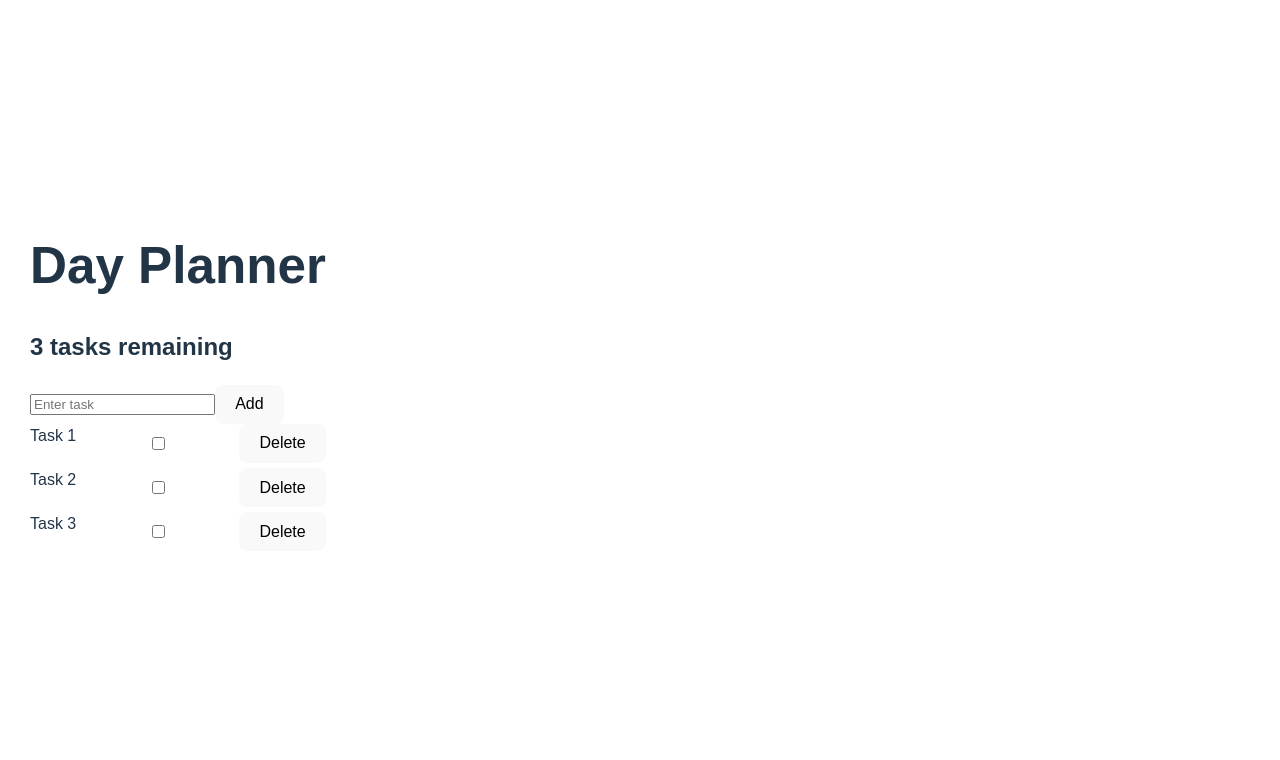
Repository: GavinPahal/lab5
Page: /
The author's editor kept a copy of each file at every save. The page is drawn from the files as they stood at one save, then again after the next save.
The browser window is 1280 px wide. The pictures show the whole page.
The project was rebuilt for these pictures with package versions that can differ from the ones it lists, and the page was loaded fresh each time. Also part of the build but not shown: vite.config.js.

Above is the page before, as saved 2024-10-11 17:26:54.

### src/App.jsx
// src/App.jsx
import React, { useState } from 'react';
import Header from '../components/Header';
import TaskForm from '../components/TaskForm';
import TaskList from '../components/TaskList';
import './App.css';

function App() {
  // Initial state with predefined tasks labeled as Task 1, Task 2, Task 3
  const [tasks, setTasks] = useState([
    { id: 1, name: "Task 1", isCompleted: false },
    { id: 2, name: "Task 2", isCompleted: false },
    { id: 3, name: "Task 3", isCompleted: false },
  ]);

  // Add a new task
  const addTask = (name) => {
    setTasks([...tasks, { id: Date.now(), name, isCompleted: false }]);
  };

  // Toggle task completion
  const toggleComplete = (id) => {
    setTasks(
      tasks.map((task) =>
        task.id === id ? { ...task, isCompleted: !task.isCompleted } : task
      )
    );
  };

  // Remove a task
  const deleteTask = (id) => {
    setTasks(tasks.filter((task) => task.id !== id));
  };

  // Count of pending tasks
  const pendingTasksCount = tasks.filter((task) => !task.isCompleted).length;

  return (
    <div className="app">
      <Header pendingTasksCount={pendingTasksCount} />
      <TaskForm addTask={addTask} />
      <TaskList
        tasks={tasks}
        toggleComplete={toggleComplete}
        deleteTask={deleteTask}
      />
    </div>
  );
}

export default App;

### components/Header.jsx
// components/Header.jsx
import React from 'react';

function Header({ pendingTasksCount }) {
  return (
    <header>
      <h1>Day Planner</h1>
      <h2>{pendingTasksCount} tasks remaining</h2>
    </header>
  );
}

export default Header;

### components/TaskForm.jsx
// components/TaskForm.jsx
import React, { useState } from 'react';

function TaskForm({ addTask }) {
  const [taskName, setTaskName] = useState('');

  const handleSubmit = (e) => {
    e.preventDefault();
    if (taskName.trim()) {
      addTask(taskName);
      setTaskName('');
    }
  };

  return (
    <form onSubmit={handleSubmit}>
      <input
        type="text"
        value={taskName}
        onChange={(e) => setTaskName(e.target.value)}
        placeholder="Enter task"
      />
      <button type="submit">Add</button>
    </form>
  );
}

export default TaskForm;

### components/TaskList.jsx
// components/TaskList.jsx
import React from 'react';
import Task from './Task';

function TaskList({ tasks, toggleComplete, deleteTask }) {
  return (
    <div>
      {tasks.map((task) => (
        <Task
          key={task.id}
          task={task}
          toggleComplete={toggleComplete}
          deleteTask={deleteTask}
        />
      ))}
    </div>
  );
}

export default TaskList;

### src/App.css
/* src/App.css */
body {
  font-family: sans-serif;
  margin: 0;
  padding: 20px;
}

.app {
  background-color: #fff;
  padding: 10px;
  border-radius: 5px;
}

.task {
  display: flex;
  justify-content: space-between;
  margin-bottom: 5px;
}

.completed span {
  text-decoration: line-through;
}

### components/Task.jsx
// components/Task.jsx
import React from 'react';

function Task({ task, toggleComplete, deleteTask }) {
  return (
    <div className="task">
      <span>{task.name}</span>
      <input
        type="checkbox"
        checked={task.isCompleted}
        onChange={() => toggleComplete(task.id)}
      />
      <button onClick={() => deleteTask(task.id)}>Delete</button>
    </div>
  );
}

export default Task;

Loaded but not shown: index.html (common file); src/main.jsx (common file); src/index.css (common file)

After the next save:
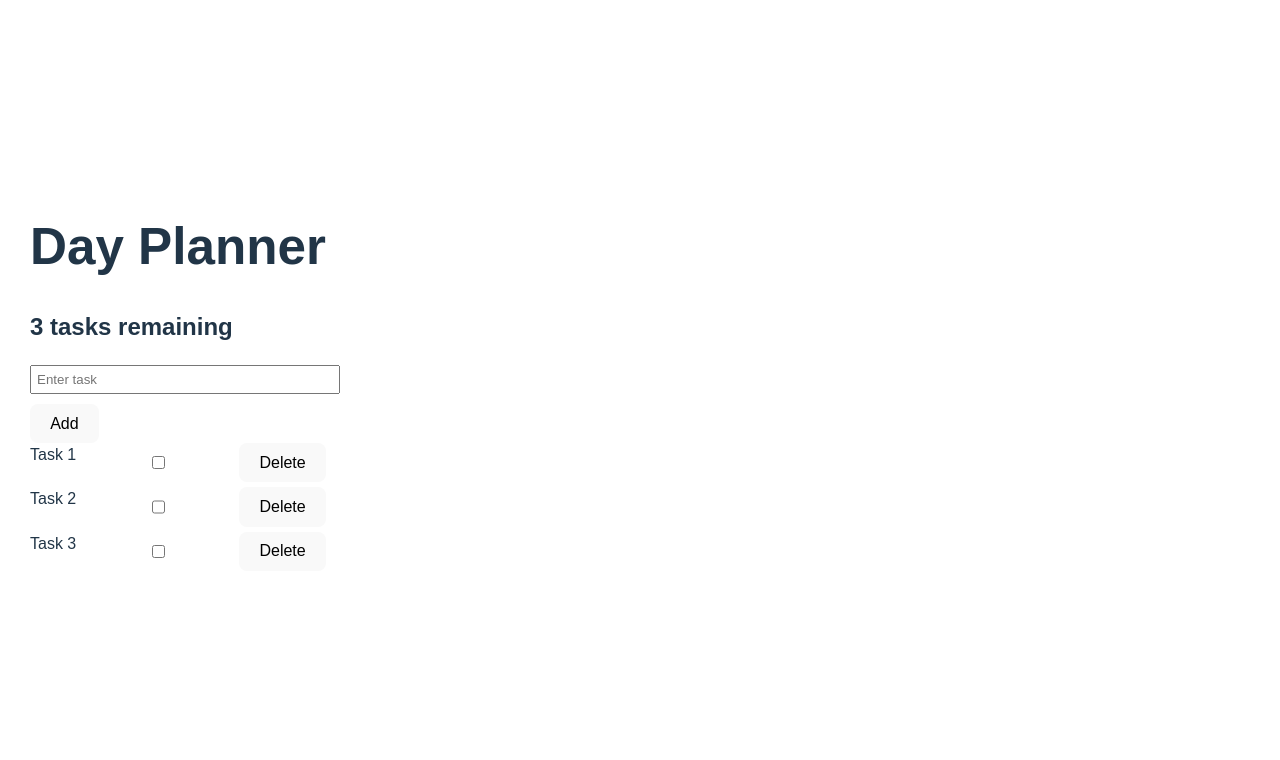
Saved 14 min 50 s later.
--- a/src/App.css
+++ b/src/App.css
@@ -17,6 +17,27 @@ body {
   margin-bottom: 5px;
 }
 
+input[type="text"] {
+  width: 100%;
+  padding: 5px;
+  margin-bottom: 10px;
+}
+
+button {
+  padding: 5px;
+}
+
+button.save {
+  background-color: #28a745; /* Green color */
+  color: white;
+  border: none;
+  cursor: pointer;
+}
+
+button.save:hover {
+  background-color: #218838; /* Darker green on hover */
+}
+
 .completed span {
   text-decoration: line-through;
 }
